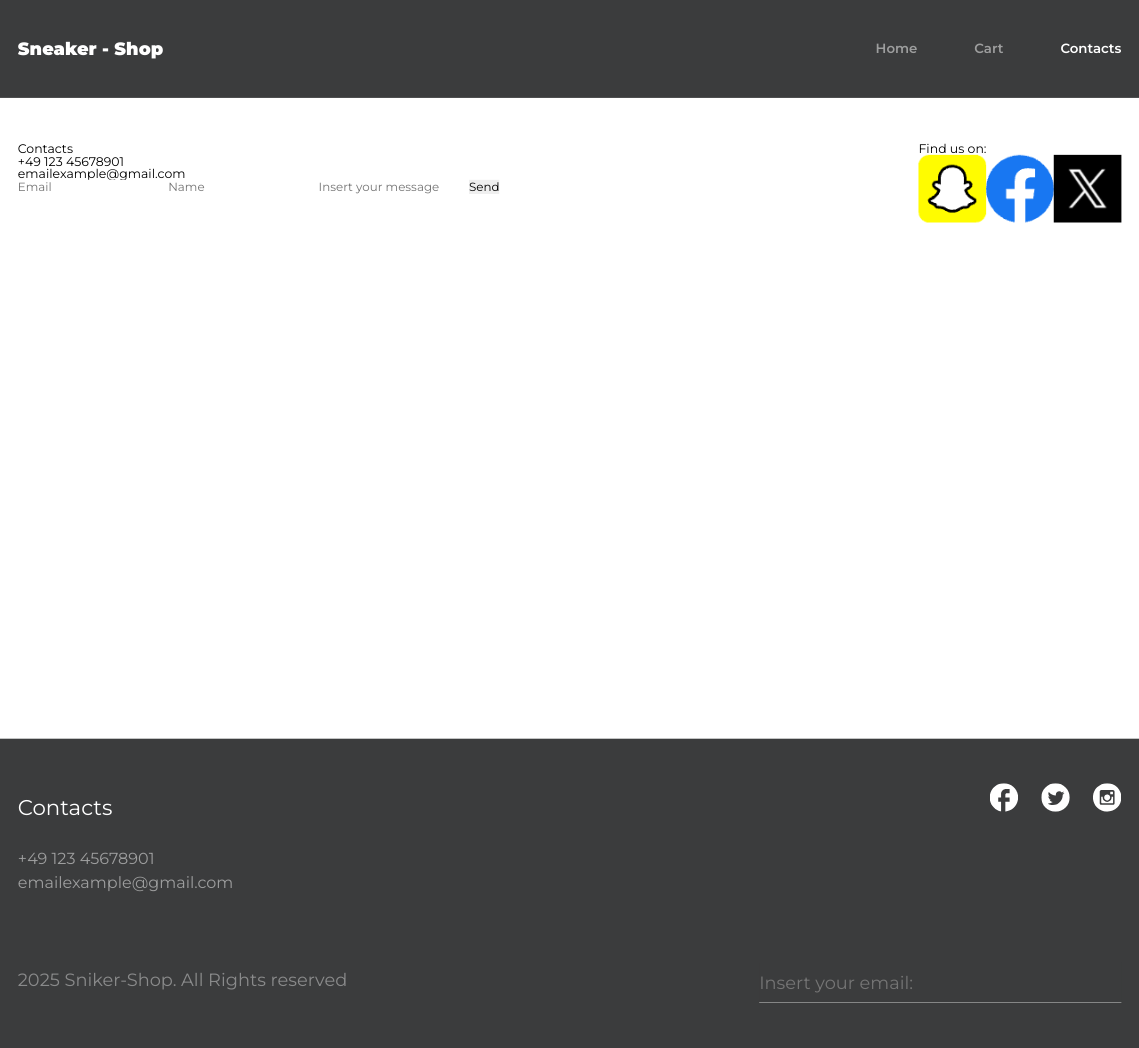
Repository: IstratiiNik/sneaker-shop
Page: /contacts
The author's editor kept a copy of each file at every save. The page is drawn from the files as they stood at one save, then again after the next save.
The browser window is 1280 px wide. The pictures show the whole page, at 89% of full size.
The page's requests for data from a server got no answer. The project was rebuilt for these pictures with package versions that can differ from the ones it lists, and the page was loaded fresh each time. No one was signed in, and anything a server would have sent is missing. Also part of the build but not shown: vite.config.js, src/components/News/News.module.scss, src/components/News/News.jsx, src/components/ProductCard/ProductCard.module.scss, src/components/ProductCard/ProductCard.jsx, src/components/Main/Main.module.scss, src/components/Main/Main.jsx, src/components/CartCard/CartCard.module.scss and 3 more.

Above is the page before, as saved 2025-07-03 11:20:29.

After the next save:
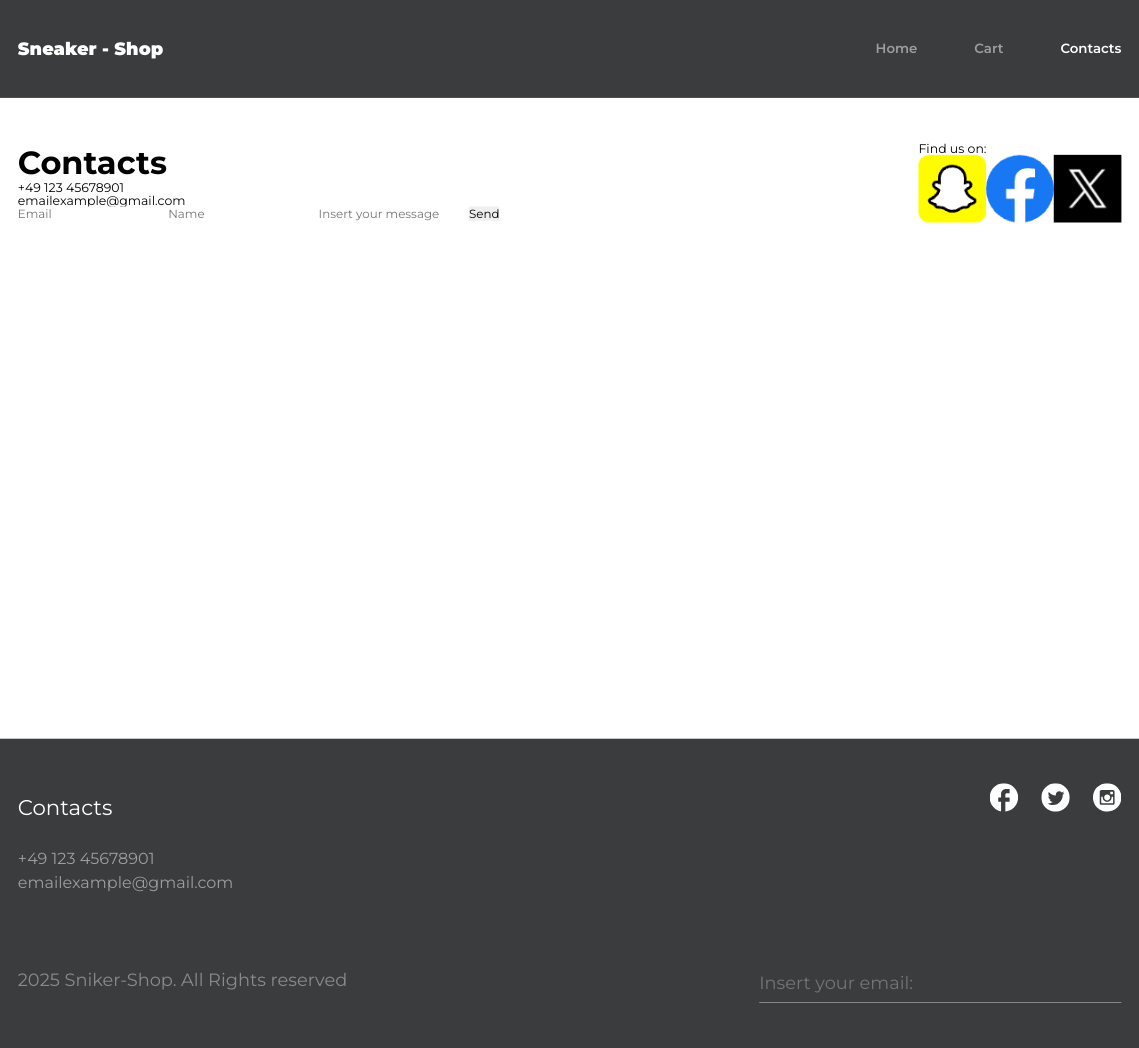
Saved 12 s later.
--- a/src/components/Contacts/Contacts.module.scss
+++ b/src/components/Contacts/Contacts.module.scss
@@ -7,7 +7,7 @@
   margin: 0 auto;
 }
 .contactForm {
-  h2 {
+  h1 {
     font-size: 36px;
     font-weight: 700;
     line-height: 44px;
